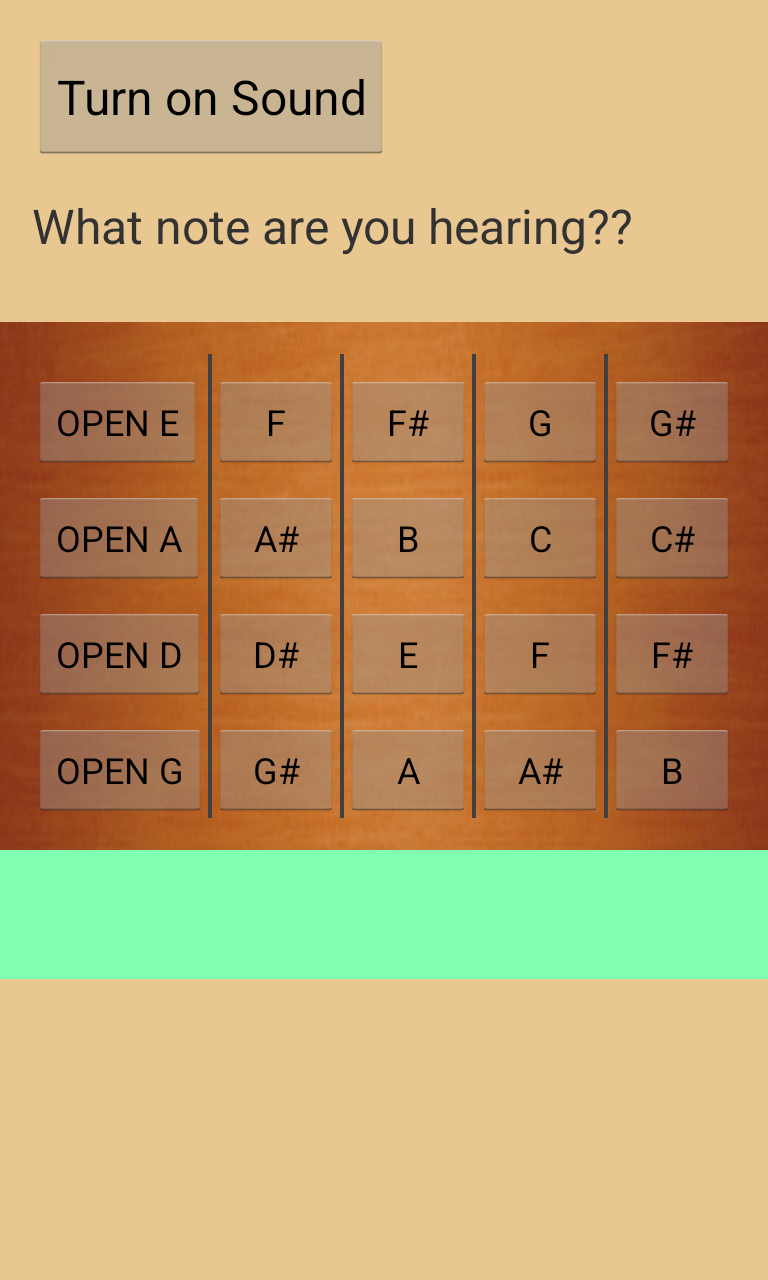
Repository: elliott-ribner/android-guitar-trainer
Layout: randomnotegenerator/res/layout/activity_main.xml
These files come from the project's save history. The layout is drawn as it stood at one moment and after the next save; the edit follows.
It is drawn on a 768 x 1280 px phone screen (xhdpi) without system bars, with theme AppTheme; the app's code is not run.

Above is the layout before, as saved 2014-06-09 00:49:19.

### randomnotegenerator/res/layout/activity_main.xml
<LinearLayout xmlns:android="http://schemas.android.com/apk/res/android"
    xmlns:tools="http://schemas.android.com/tools"
    android:layout_width="match_parent"
    android:layout_height="match_parent"
    android:background="#E8C790"
    android:orientation="vertical"
    tools:context="com.elliott.randomnotegenerator.MainActivity$PlaceholderFragment" >

    <LinearLayout
        android:layout_width="fill_parent"
        android:layout_height="wrap_content"

        android:orientation="vertical"
        android:paddingBottom="@dimen/activity_vertical_margin"
        android:paddingLeft="@dimen/activity_horizontal_margin"
        android:paddingRight="@dimen/activity_horizontal_margin"
        android:paddingTop="@dimen/activity_vertical_margin" >

        <Button
            android:id="@+id/ButtonPlay"
            android:layout_width="wrap_content"
            android:layout_height="wrap_content"
            android:paddingBottom="@dimen/activity_vertical_margin"
            android:paddingTop="@dimen/activity_vertical_margin"
            android:text="@string/play"
            android:textSize="24sp" />

        <TextView
            android:id="@+id/promptBox"
            android:layout_width="wrap_content"
            android:layout_height="wrap_content"
            android:paddingBottom="@dimen/activity_vertical_margin"
            android:paddingTop="@dimen/activity_vertical_margin"
            android:text="@string/prompt"
            android:textSize="24sp" />
    </LinearLayout>

    <LinearLayout
        android:layout_width="fill_parent"
        android:layout_height="wrap_content"
        android:background="@drawable/background"
        android:orientation="vertical"
         >

        <LinearLayout
            android:layout_width="fill_parent"
            android:layout_height="wrap_content"
            android:orientation="horizontal"
            android:paddingBottom="@dimen/activity_vertical_margin"
        android:paddingLeft="@dimen/activity_horizontal_margin"
        android:paddingRight="@dimen/activity_horizontal_margin"
        android:paddingTop="@dimen/activity_vertical_margin"  >

            <LinearLayout
                android:layout_width="wrap_content"
                android:layout_height="wrap_content"
                android:orientation="vertical" >

                <Button
                    android:id="@+id/ButtonEL"
                    android:layout_width="wrap_content"
                    android:layout_height="wrap_content"
                    android:layout_marginTop="10dp"
                    android:text="@string/el" />

                <Button
                    android:id="@+id/ButtonAL"
                    android:layout_width="wrap_content"
                    android:layout_height="wrap_content"
                    android:layout_marginTop="10dp"
                    android:text="@string/al" />

                <Button
                    android:id="@+id/ButtonD"
                    android:layout_width="wrap_content"
                    android:layout_height="wrap_content"
                    android:layout_marginTop="10dp"
                    android:text="@string/d" />

                <Button
                    android:id="@+id/ButtonG"
                    android:layout_width="wrap_content"
                    android:layout_height="wrap_content"
                    android:layout_marginTop="10dp"
                    android:text="@string/g" />
            </LinearLayout>

            <View
                android:layout_width="2dip"
                android:layout_height="fill_parent"
                android:background="#404040" />

            <LinearLayout
                android:layout_width="wrap_content"
                android:layout_height="wrap_content"
                android:orientation="vertical" >

                <Button
                    android:id="@+id/ButtonFL"
                    android:layout_width="wrap_content"
                    android:layout_height="wrap_content"
                    android:layout_marginTop="10dp"
                    android:text="@string/fl" />

                <Button
                    android:id="@+id/ButtonASL"
                    android:layout_width="wrap_content"
                    android:layout_height="wrap_content"
                    android:layout_marginTop="10dp"
                    android:text="@string/asl" />

                <Button
                    android:id="@+id/ButtonDS"
                    android:layout_width="wrap_content"
                    android:layout_height="wrap_content"
                    android:layout_marginTop="10dp"
                    android:text="@string/ds" />

                <Button
                    android:id="@+id/ButtonGS"
                    android:layout_width="wrap_content"
                    android:layout_height="wrap_content"
                    android:layout_marginTop="10dp"
                    android:text="@string/gs" />
            </LinearLayout>

            <View
                android:layout_width="2dip"
                android:layout_height="fill_parent"
                android:background="#404040" />

            <LinearLayout
                android:layout_width="wrap_content"
                android:layout_height="wrap_content"
                android:orientation="vertical" >

                <Button
                    android:id="@+id/ButtonFSL"
                    android:layout_width="wrap_content"
                    android:layout_height="wrap_content"
                    android:layout_marginTop="10dp"
                    android:text="@string/fsl" />

                <Button
                    android:id="@+id/ButtonBL"
                    android:layout_width="wrap_content"
                    android:layout_height="wrap_content"
                    android:layout_marginTop="10dp"
                    android:text="@string/bl" />

                <Button
                    android:id="@+id/ButtonE"
                    android:layout_width="wrap_content"
                    android:layout_height="wrap_content"
                    android:layout_marginTop="10dp"
                    android:text="@string/e" />

                <Button
                    android:id="@+id/ButtonA"
                    android:layout_width="wrap_content"
                    android:layout_height="wrap_content"
                    android:layout_marginTop="10dp"
                    android:text="@string/a" />
            </LinearLayout>

            <View
                android:layout_width="2dip"
                android:layout_height="fill_parent"
                android:background="#404040" />

            <LinearLayout
                android:layout_width="wrap_content"
                android:layout_height="wrap_content"
                android:orientation="vertical" >

                <Button
                    android:id="@+id/ButtonGL"
                    android:layout_width="wrap_content"
                    android:layout_height="wrap_content"
                    android:layout_marginTop="10dp"
                    android:text="@string/gl" />

                <Button
                    android:id="@+id/ButtonC"
                    android:layout_width="wrap_content"
                    android:layout_height="wrap_content"
                    android:layout_marginTop="10dp"
                    android:text="@string/c" />

                <Button
                    android:id="@+id/ButtonF"
                    android:layout_width="wrap_content"
                    android:layout_height="wrap_content"
                    android:layout_marginTop="10dp"
                    android:text="@string/f" />

                <Button
                    android:id="@+id/ButtonAS"
                    android:layout_width="wrap_content"
                    android:layout_height="wrap_content"
                    android:layout_marginTop="10dp"
                    android:text="@string/as" />
            </LinearLayout>

            <View
                android:layout_width="2dip"
                android:layout_height="fill_parent"
                android:background="#404040" />

            <LinearLayout
                android:layout_width="wrap_content"
                android:layout_height="wrap_content"
                android:orientation="vertical" >

                <Button
                    android:id="@+id/ButtonGSL"
                    android:layout_width="wrap_content"
                    android:layout_height="wrap_content"
                    android:layout_marginTop="10dp"
                    android:text="@string/gsl" />

                <Button
                    android:id="@+id/ButtonCS"
                    android:layout_width="wrap_content"
                    android:layout_height="wrap_content"
                    android:layout_marginTop="10dp"
                    android:text="@string/cs" />

                <Button
                    android:id="@+id/ButtonFS"
                    android:layout_width="wrap_content"
                    android:layout_height="wrap_content"
                    android:layout_marginTop="10dp"
                    android:text="@string/fs" />

                <Button
                    android:id="@+id/ButtonB"
                    android:layout_width="wrap_content"
                    android:layout_height="wrap_content"
                    android:layout_marginTop="10dp"
                    android:text="@string/b" />
            </LinearLayout>

        </LinearLayout>



    </LinearLayout>

         <LinearLayout
        android:layout_width="fill_parent"
        android:layout_height="wrap_content"
        android:orientation="vertical"
        android:background="#80FFB3"
        android:paddingBottom="@dimen/activity_vertical_margin"
        android:paddingLeft="@dimen/activity_horizontal_margin"
        android:paddingRight="@dimen/activity_horizontal_margin"
        android:paddingTop="@dimen/activity_vertical_margin" >

        <TextView
            android:id="@+id/resultBox"
            android:layout_width="wrap_content"
            android:layout_height="wrap_content"
            android:text="@string/result"
            android:textSize="24sp" />
    </LinearLayout>

</LinearLayout>

### randomnotegenerator/res/values/strings.xml
<?xml version="1.0" encoding="utf-8"?>
<resources>

    <string name="app_name">Bass Guitar Ear Trainer</string>
    <string name="hello_world">Hello world!</string>
    <string name="action_settings">Settings</string>
	<string name="play">Turn on Sound</string>
	<string name="prompt">What note are you hearing??</string>
	<string name="result"></string>
	<string name="c">C</string>
	<string name="cs">C#</string>
	<string name="d">OPEN D</string>
	<string name="ds">D#</string>
	<string name="e">E</string>
	<string name="f">F</string>
	<string name="fs">F#</string>
	<string name="g">OPEN G</string>
	<string name="gs">G#</string>
	<string name="a"> A</string>
	<string name="as">A#</string>
	<string name="b">B</string>
	<string name="el">OPEN E</string>
	<string name="fl">F</string>
	<string name="fsl">F#</string>
	<string name="gl">G</string>
	<string name="gsl">G#</string>
	<string name="al">OPEN A</string>
	<string name="asl">A#</string>
	<string name="bl">B</string>

</resources>

Loaded but not shown: randomnotegenerator/res/values/styles.xml (common file); randomnotegenerator/res/values-v11/styles.xml (common file); randomnotegenerator/res/values-v14/styles.xml (common file); randomnotegenerator/res/values/dimens.xml (common file); randomnotegenerator/res/values-w820dp/dimens.xml (common file)

After the next save:
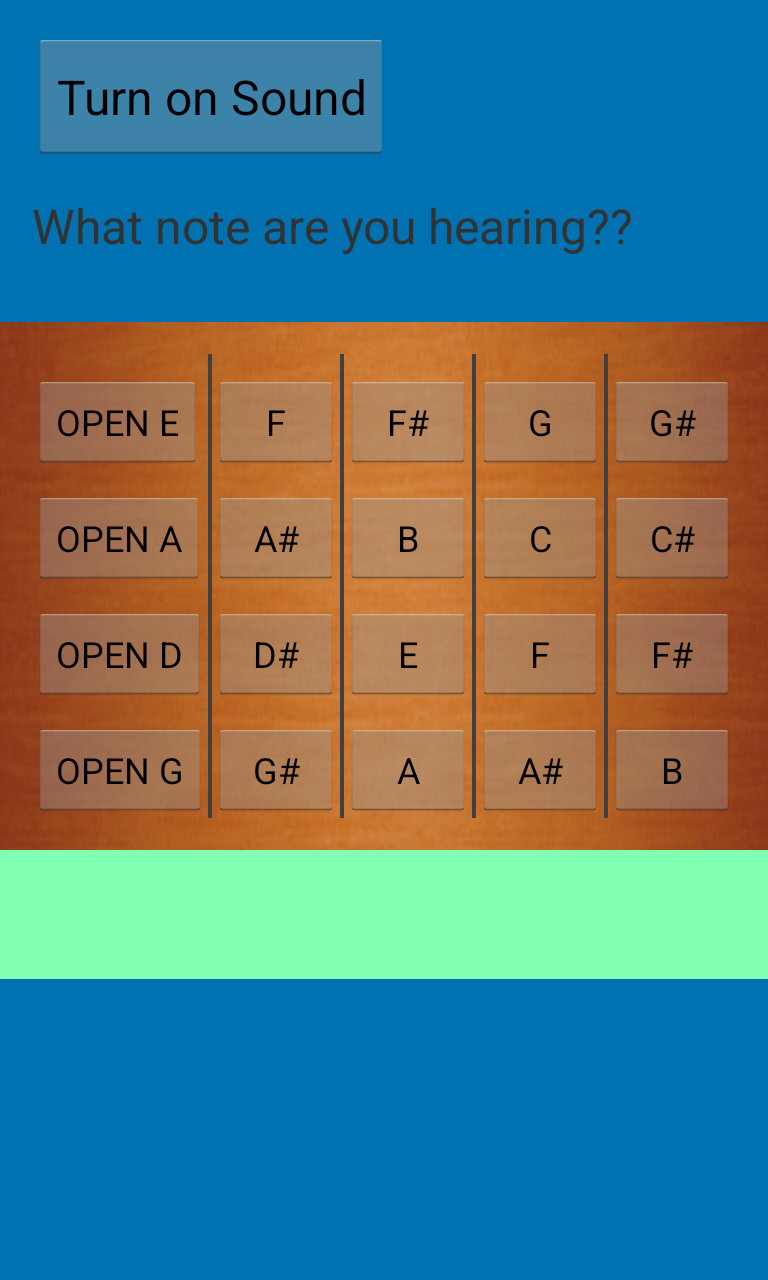
Saved 2 min 0 s later.
--- a/randomnotegenerator/res/layout/activity_main.xml
+++ b/randomnotegenerator/res/layout/activity_main.xml
@@ -2,7 +2,7 @@
     xmlns:tools="http://schemas.android.com/tools"
     android:layout_width="match_parent"
     android:layout_height="match_parent"
-    android:background="#E8C790"
+    android:background="#0072B2"
     android:orientation="vertical"
     tools:context="com.elliott.randomnotegenerator.MainActivity$PlaceholderFragment" >
 
